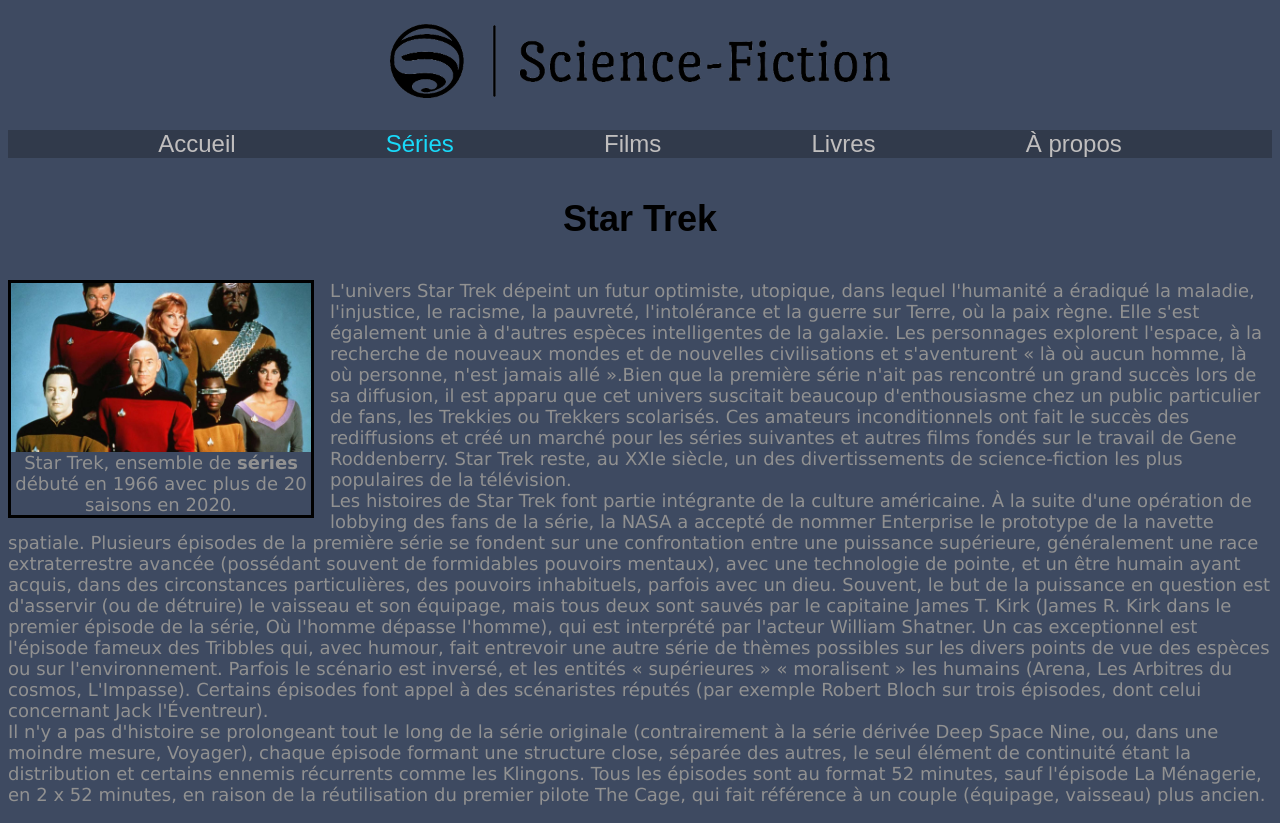
Repository: Emalios/Projet-Web
Page: html/series/star-trek.html
The author's editor kept a copy of each file at every save. The page is drawn from the files as they stood at one save, then again after a run of saves.
The browser window is 1280 px wide. The pictures show the whole page.

Above is the page before, as saved 2020-11-11 18:42:26.

After the next 3 saves:
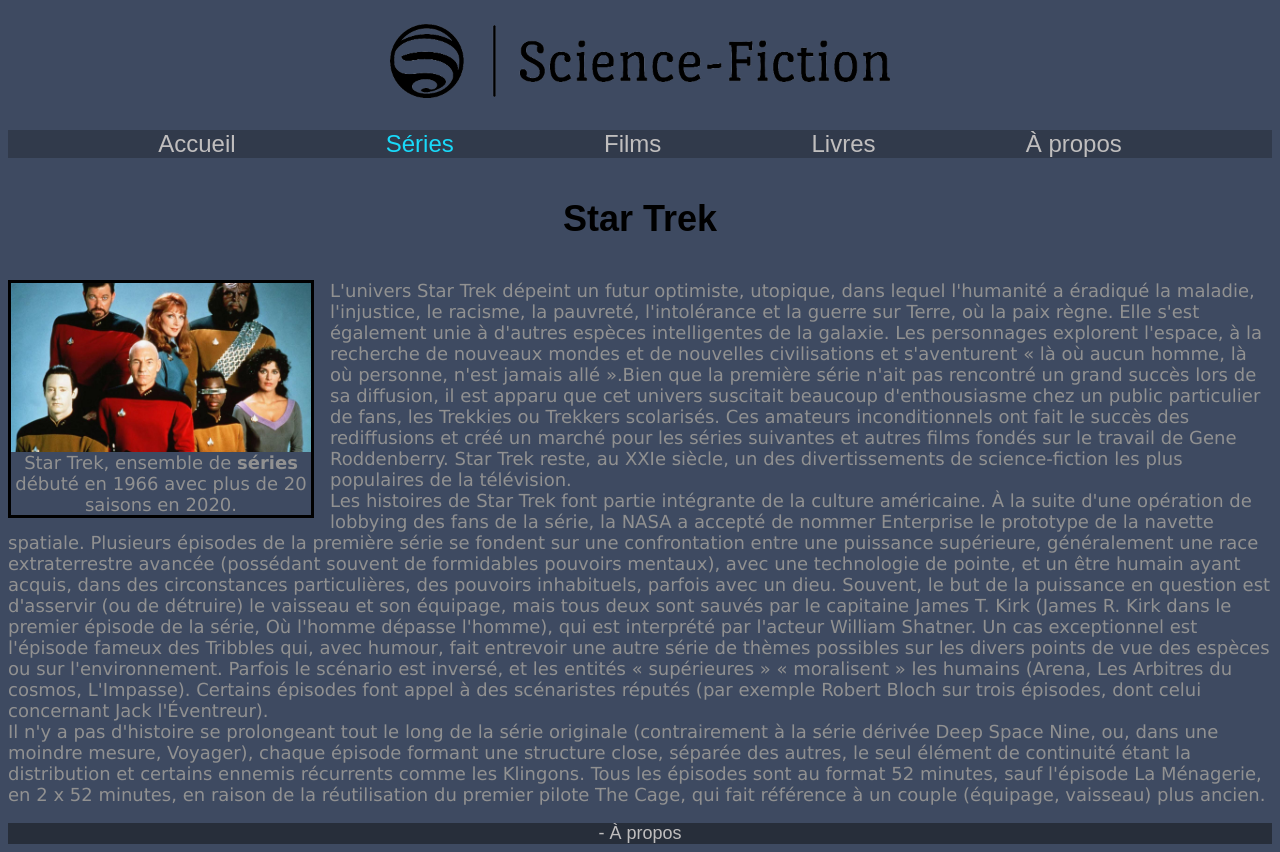
The 3 saves are shown as one change because they came seconds apart.
The last was saved 10 s later.
--- a/html/series/star-trek.html
+++ b/html/series/star-trek.html
@@ -27,7 +27,7 @@
     <img class="image_descriptive" alt="L'équipage de l'Enterprise" src="../../images/page-serie/star-trek-equipage.jpg" />
     <figcaption class="description">Star Trek, ensemble de <b>séries</b> débuté en 1966 avec plus de 20 saisons en 2020.</figcaption>
   </figure>
-
+  <main>
   <p class="resume">
     L'univers Star Trek dépeint un futur optimiste, utopique, dans lequel l'humanité a éradiqué la maladie, l'injustice, le racisme, la pauvreté, l'intolérance et la guerre sur Terre, où la paix règne. Elle s'est également unie à d'autres espèces
     intelligentes de la galaxie. Les personnages explorent l'espace, à la recherche de nouveaux mondes et de nouvelles civilisations et s'aventurent « là où aucun homme, là où personne, n'est jamais allé ».Bien que la première série n'ait pas
@@ -46,9 +46,8 @@
     continuité étant la distribution et certains ennemis récurrents comme les Klingons. Tous les épisodes sont au format 52 minutes, sauf l'épisode La Ménagerie, en 2 x 52 minutes, en raison de la réutilisation du premier pilote The Cage, qui fait
     référence à un couple (équipage, vaisseau) plus ancien.
   </p>
-
-
-
+  </main>
+  <footer><a href="html/a-propos.html" class="footer-link">- À propos</a></footer>
 
 </body>
 
